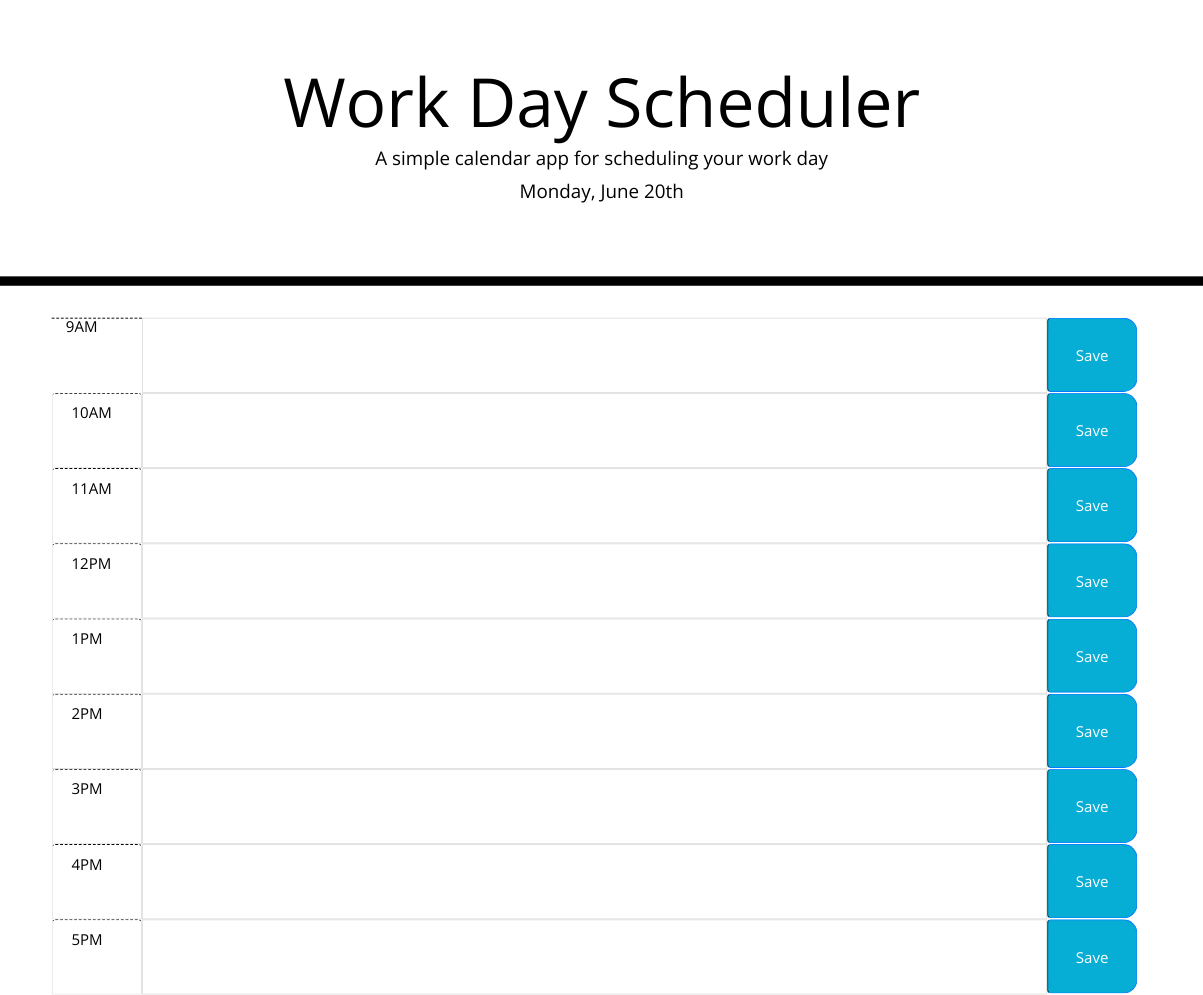
Repository: dtierney21/work-day-scheduler
Page: index.html
An editor plug-in stored every save of this project. The page is shown before and after the next save, followed by the edit.
The browser window is 1280 px wide. The pictures show the whole page, at 94% of full size.
Some web libraries are served in a nearby version.

Above is the page before, as saved 2022-06-28 14:42:31.

### index.html
<!DOCTYPE html>
<html lang="en">
  <head>
    <meta charset="UTF-8" />
    <meta name="viewport" content="width=device-width, initial-scale=1.0" />
    <meta http-equiv="X-UA-Compatible" content="ie=edge" />
    <link
      rel="stylesheet"
      href="https://stackpath.bootstrapcdn.com/bootstrap/4.3.1/css/bootstrap.min.css"
    />
    <link
      rel="stylesheet"
      href="https://use.fontawesome.com/releases/v5.8.1/css/all.css"
      integrity="sha384-50oBUHEmvpQ+1lW4y57PTFmhCaXp0ML5d60M1M7uH2+nqUivzIebhndOJK28anvf"
      crossorigin="anonymous"
    />
    <link
      href="https://fonts.googleapis.com/css?family=Open+Sans&display=swap"
      rel="stylesheet"
    />
    <link rel="stylesheet" href="./assets/css/style.css" />
    <title>Work Day Scheduler</title>
  </head>

  <body>
    <header class="jumbotron">
      <h1 class="display-3">Work Day Scheduler</h1>
      <p class="lead">A simple calendar app for scheduling your work day</p>
      <p id="currentDay" class="lead"></p>
    </header>
    <section class="container">
        <div class="row">
      <!-- Timeblocks go here -->
            <ul class="list-group col-12">
                <div class="row" id="9">
                    <li class="hour col-1">9AM</li>
                    <li class="list-group-item col-10" id="9"></li>
                    <button class="btn btn-primary  saveBtn col-1" type="submit">Save</button>
                </div>
                <div class="row" id="10">
                    <li class="list-group-item hour col-1">10AM</li>
                    <li class="list-group-item col-10" id="10"></li>
                    <button class="btn btn-primary  saveBtn col-1" type="submit">Save</button>
                </div>
                <div class="row" id="11">
                    <li class="list-group-item hour col-1">11AM</li>
                    <li class="list-group-item col-10" id="11"></li>
                    <button class="btn btn-primary  saveBtn col-1" type="submit">Save</button>
                </div>
                <div class="row" id="12">
                    <li class="list-group-item hour col-1">12PM</li>
                    <li class="list-group-item col-10" id="12"></li>
                    <button class="btn btn-primary  saveBtn col-1" type="submit">Save</button>
                </div>
                <div class="row" id="13">
                    <li class="list-group-item hour col-1">1PM</li>
                    <li class="list-group-item col-10" id="13"></li>
                    <button class="btn btn-primary  saveBtn col-1" type="submit">Save</button>
                </div>
                <div class="row" id="14">
                    <li class="list-group-item hour col-1">2PM</li>
                    <li class="list-group-item col-10" id="14"></li>
                    <button class="btn btn-primary  saveBtn col-1" type="submit">Save</button>
                </div>
                <div class="row" id="15">
                    <li class="list-group-item hour col-1">3PM</li>
                    <li class="list-group-item col-10" id="15"></li>
                    <button class="btn btn-primary  saveBtn col-1" type="submit">Save</button>
                </div>
                <div class="row" id="16">
                    <li class="list-group-item hour col-1">4PM</li>
                    <li class="list-group-item col-10" id="16"></li>
                    <button class="btn btn-primary  saveBtn col-1" type="submit">Save</button>
                </div>
                <div class="row" id="17">
                    <li class="list-group-item hour col-1">5PM</li>
                    <li class="list-group-item col-10" id="17"></li>
                    <button class="btn btn-primary  saveBtn col-1" type="submit">Save</button>
                </div>
            </ul>
        </div>
    </section>

    <script src="https://cdnjs.cloudflare.com/ajax/libs/jquery/3.5.1/jquery.min.js"></script>
    <script src="https://cdnjs.cloudflare.com/ajax/libs/moment.js/2.24.0/moment.min.js"></script>
    <script src="./assets/js/script.js"></script>
  </body>
</html>

### assets/css/style.css
body {
  font-family: 'Open Sans', sans-serif;
  font-size: 16px;
  line-height: 1;
}

textarea {
  background: transparent;
  border: none;
  resize: none;
  color: #000000;
  border-left: 1px solid black;
  padding: 10px;
}

.jumbotron {
  text-align: center;
  background-color: transparent;
  color: black;
  border-radius: 0;
  border-bottom: 10px solid black;
}

.description {
  white-space: pre-wrap;
}

.time-block {
  text-align: center;
  border-radius: 15px;
}

.row {
  white-space: pre-wrap;
  height: 80px;
  border-top: 1px solid white;
}

.hour {
  background-color: #ffffff;
  color: #000000;
  border-top: 1px dashed #000000;
  list-style-type: none;
  /*
  text-align: center;
  justify-content: center;
  */
}

.past {
  background-color: #d3d3d3;
  color: white;
}

.present {
  background-color: #ff6961;
  color: white;
}

.future {
  background-color: #77dd77;
  color: white;
}

.saveBtn {
  border-left: 1px solid black;
  border-top-right-radius: 15px;
  border-bottom-right-radius: 15px;
  background-color: #06aed5;
  color: white;
}

.saveBtn i:hover {
  font-size: 20px;
  transition: all 0.3s ease-in-out;
}

### assets/js/script.js
var now = moment();
console.log(now);

var currentHour = moment().format('H');
console.log(currentHour);

var currentDayEl = $('#currentDay');
var today = moment().format('dddd, MMMM Do');


currentDayEl.text(today);

After the next save:
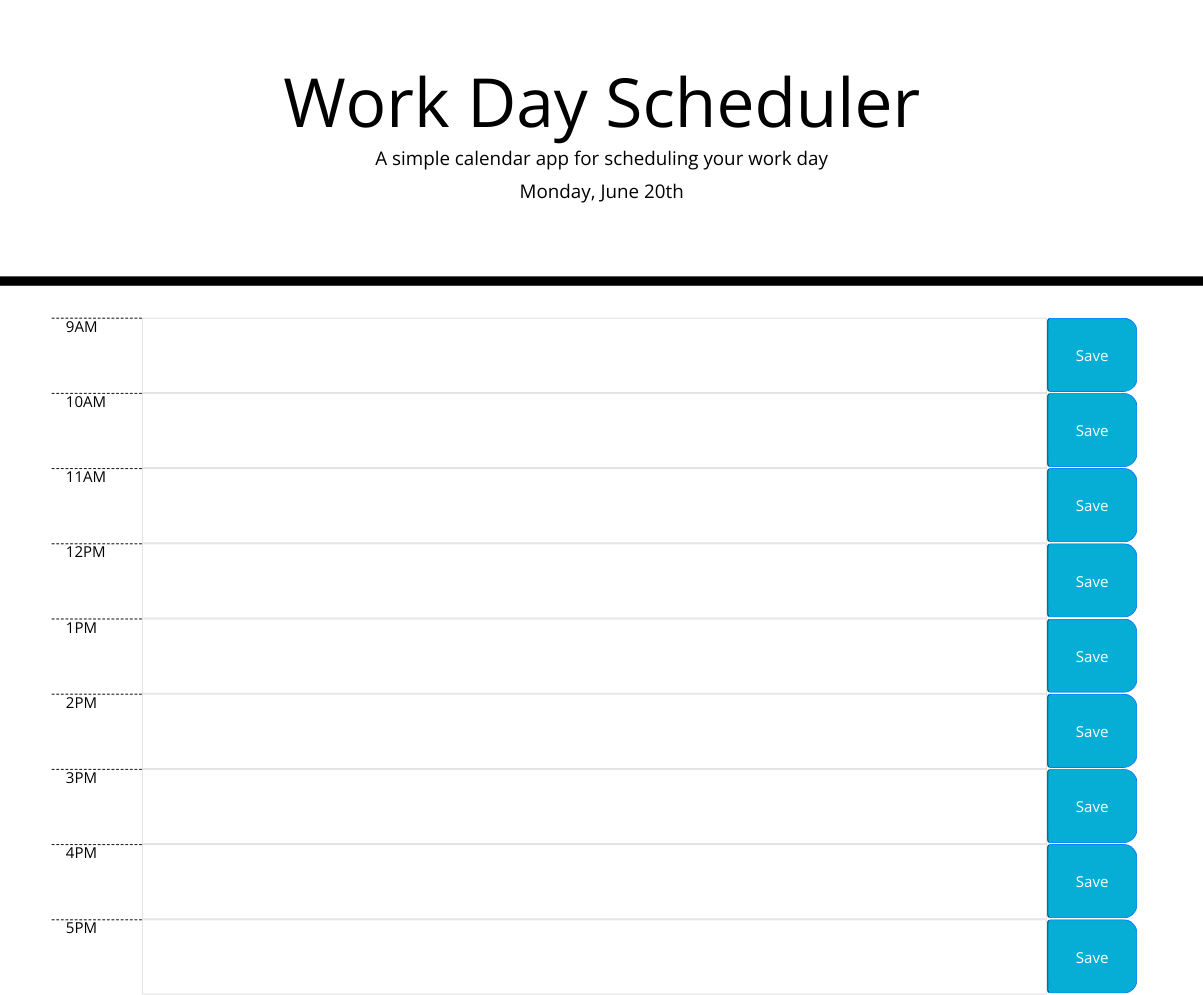
Saved 68 s later.
--- a/index.html
+++ b/index.html
@@ -38,42 +38,42 @@
                     <button class="btn btn-primary  saveBtn col-1" type="submit">Save</button>
                 </div>
                 <div class="row" id="10">
-                    <li class="list-group-item hour col-1">10AM</li>
+                    <li class="hour col-1">10AM</li>
                     <li class="list-group-item col-10" id="10"></li>
                     <button class="btn btn-primary  saveBtn col-1" type="submit">Save</button>
                 </div>
                 <div class="row" id="11">
-                    <li class="list-group-item hour col-1">11AM</li>
+                    <li class="hour col-1">11AM</li>
                     <li class="list-group-item col-10" id="11"></li>
                     <button class="btn btn-primary  saveBtn col-1" type="submit">Save</button>
                 </div>
                 <div class="row" id="12">
-                    <li class="list-group-item hour col-1">12PM</li>
+                    <li class="hour col-1">12PM</li>
                     <li class="list-group-item col-10" id="12"></li>
                     <button class="btn btn-primary  saveBtn col-1" type="submit">Save</button>
                 </div>
                 <div class="row" id="13">
-                    <li class="list-group-item hour col-1">1PM</li>
+                    <li class="hour col-1">1PM</li>
                     <li class="list-group-item col-10" id="13"></li>
                     <button class="btn btn-primary  saveBtn col-1" type="submit">Save</button>
                 </div>
                 <div class="row" id="14">
-                    <li class="list-group-item hour col-1">2PM</li>
+                    <li class="hour col-1">2PM</li>
                     <li class="list-group-item col-10" id="14"></li>
                     <button class="btn btn-primary  saveBtn col-1" type="submit">Save</button>
                 </div>
                 <div class="row" id="15">
-                    <li class="list-group-item hour col-1">3PM</li>
+                    <li class="hour col-1">3PM</li>
                     <li class="list-group-item col-10" id="15"></li>
                     <button class="btn btn-primary  saveBtn col-1" type="submit">Save</button>
                 </div>
                 <div class="row" id="16">
-                    <li class="list-group-item hour col-1">4PM</li>
+                    <li class="hour col-1">4PM</li>
                     <li class="list-group-item col-10" id="16"></li>
                     <button class="btn btn-primary  saveBtn col-1" type="submit">Save</button>
                 </div>
                 <div class="row" id="17">
-                    <li class="list-group-item hour col-1">5PM</li>
+                    <li class="hour col-1">5PM</li>
                     <li class="list-group-item col-10" id="17"></li>
                     <button class="btn btn-primary  saveBtn col-1" type="submit">Save</button>
                 </div>
